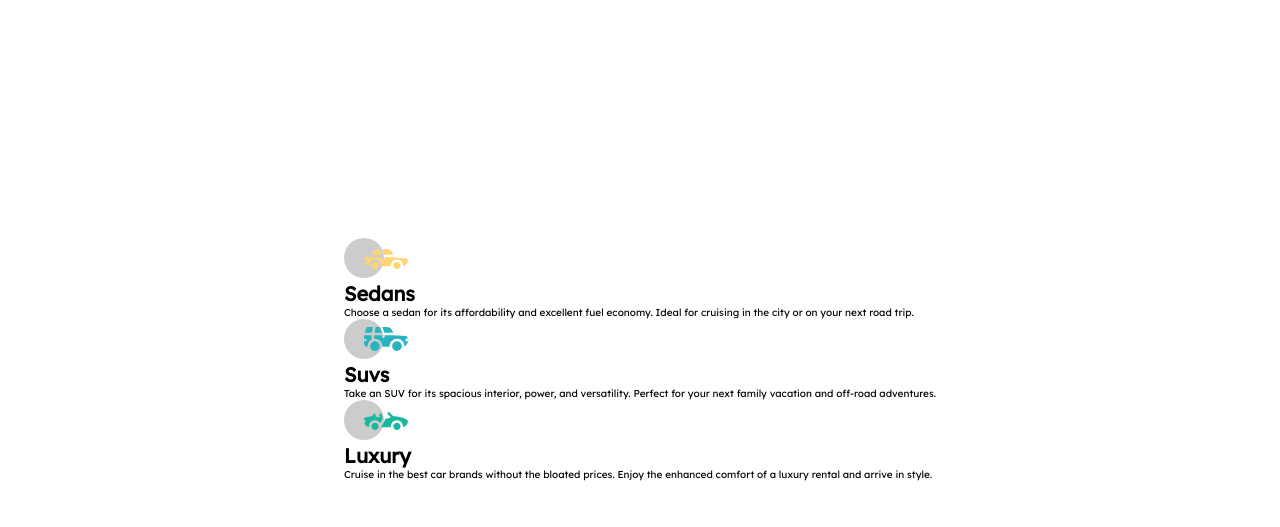
Repository: thaibaocoder1/3-column-card
Page: index.html
An editor plug-in stored every save of this project. The page is shown before and after the next save, followed by the edit.
The browser window is 1280 px wide. The pictures show the whole page.

Above is the page before, as saved 2023-01-11 20:45:58.

### index.html
<!DOCTYPE html>
<html lang="en">
<head>
  <meta charset="UTF-8">
  <meta name="viewport" content="width=device-width, initial-scale=1.0">
  <link rel="icon" type="image/png" sizes="32x32" href="./images/favicon-32x32.png">
  <title>Frontend Mentor | 3-column preview card component</title>
  <link rel="preconnect" href="https://fonts.googleapis.com">
  <link rel="preconnect" href="https://fonts.gstatic.com" crossorigin>
  <link href="https://fonts.googleapis.com/css2?family=Big+Shoulders+Display:wght@700&family=Lexend+Deca&display=swap" rel="stylesheet">
  <link rel="stylesheet" href="./styles.css">
</head>
<body>

  <main class="container">
    <div class="container__box">
      <img src="./images/icon-sedans.svg" alt="" class="container--image">
      <h1 class="container--heading">Sedans</h1>
      <p class="container--content">
        Choose a sedan for its affordability and excellent fuel economy. Ideal for cruising in the city
        or on your next road trip.
      </p>

    </div>

    <div class="container__box">
      <img src="./images/icon-suvs.svg" alt="" class="container--image">
      <h1 class="container--heading">Suvs</h1>
      <p class="container--content">
        Take an SUV for its spacious interior, power, and versatility. Perfect for your next family vacation
        and off-road adventures.
      </p>
    </div>

    <div class="container__box">
      <img src="./images/icon-luxury.svg" alt="" class="container--image">
      <h1 class="container--heading">Luxury</h1>
      <p class="container--content">
        Cruise in the best car brands without the bloated prices. Enjoy the enhanced comfort of a luxury
        rental and arrive in style.
      </p>
    </div>
  </main>


</body>
</html>

### styles.css
* {
    margin: 0;
    padding: 0;
    box-sizing: border-box;
}
html {
    font-size: 62.5%;
}
body {
    text-rendering: optimizeLegibility;
    scroll-behavior: smooth;
    font-family: 'Big Shoulders Display', cursive;
    font-family: 'Lexend Deca', sans-serif;
    display: flex;
    align-items: center;
    justify-content: center;
    min-height: calc(100vh - 1px);
}
:root {
    --bright-orange: hsl(31, 77%, 52%);
    --dark-cyan: hsl(184, 100%, 22%);
    --very-dark-cyan: hsl(179, 100%, 13%);
    --white-p:  hsla(0, 0%, 100%, 0.75);
    --light-gray: hsl(0, 0%, 95%);
}

After the next save:
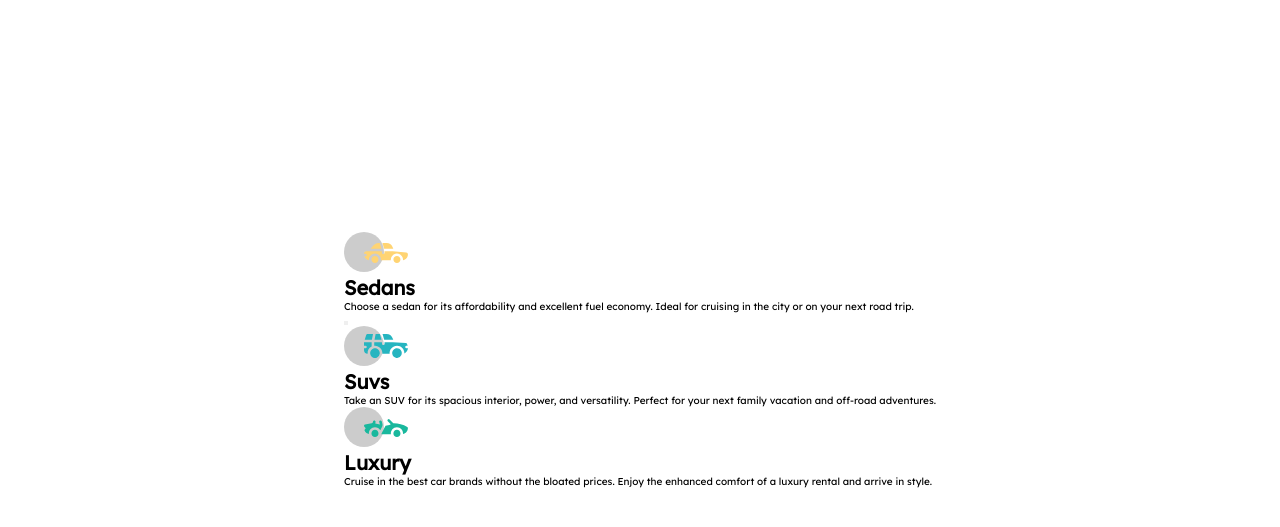
Saved 12 s later.
--- a/index.html
+++ b/index.html
@@ -20,7 +20,7 @@
         Choose a sedan for its affordability and excellent fuel economy. Ideal for cruising in the city
         or on your next road trip.
       </p>
-
+      <button class="container--btn"></button>
     </div>
 
     <div class="container__box">
